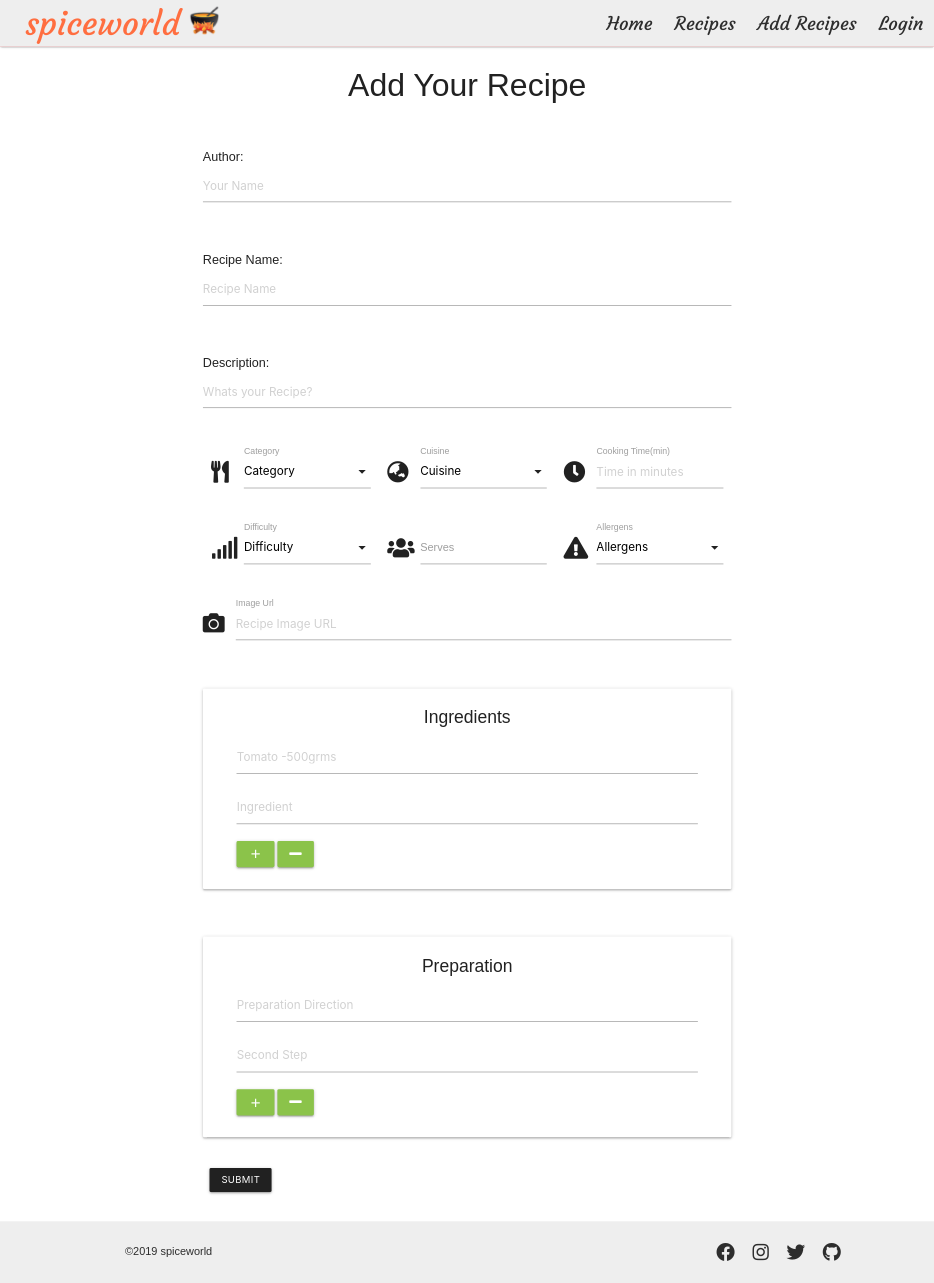
Repository: stephyraju/spiceworld
Page: http://localhost/add_recipe
The author's editor kept a record of every edit. The page is drawn from the files as they stood at one moment, then again after the next edit.
The browser window is 1280 px wide. The pictures show the whole page, at 73% of full size.
Some web libraries are served in a nearby version. The page is served by the project's application, run on Flask 3 (app.py). Queries for data that is not in the repository find no rows.

Above is the page before.

After the next edit:
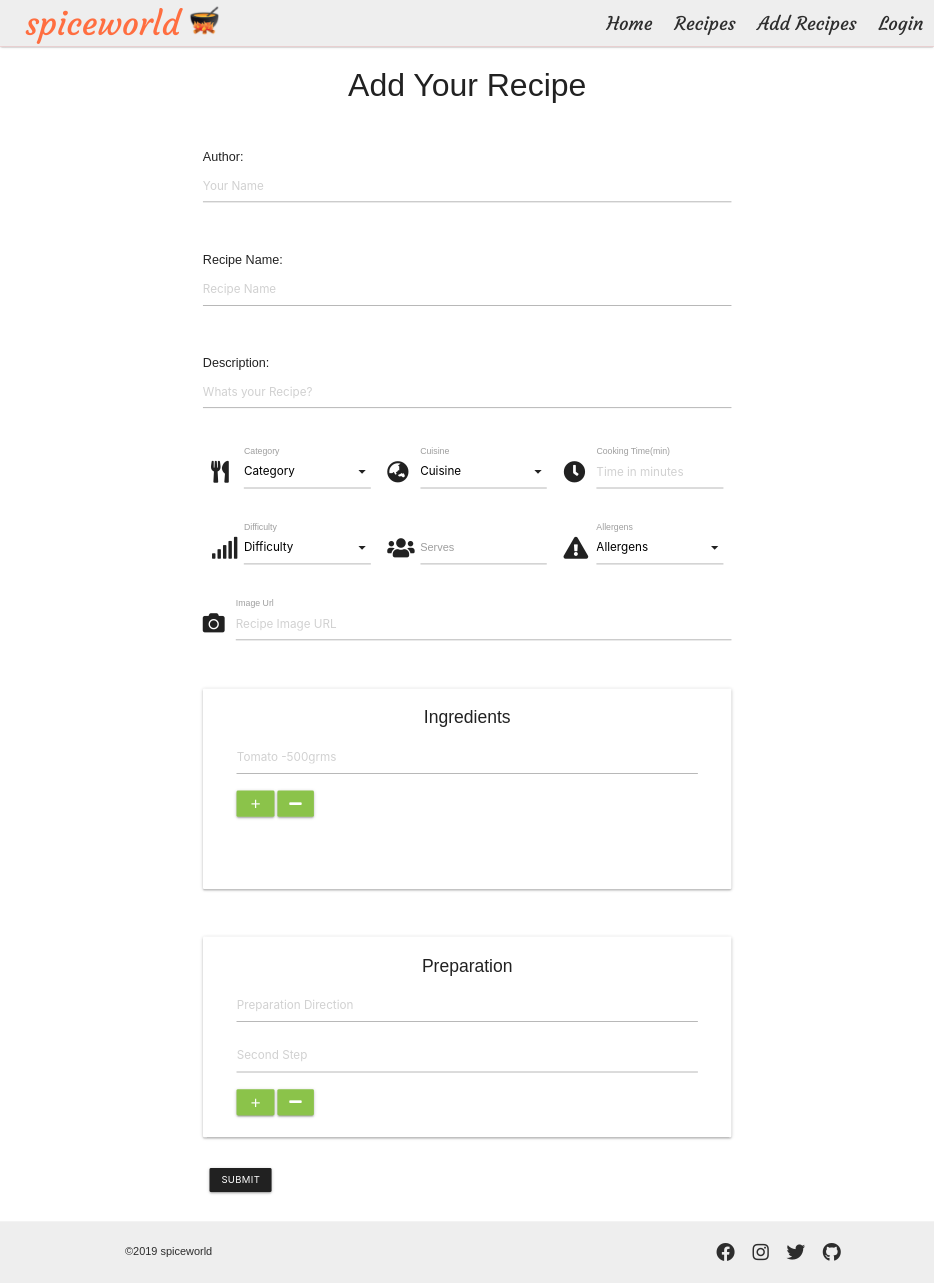
The edit:
--- a/templates/addrecipe.html
+++ b/templates/addrecipe.html
@@ -128,12 +128,7 @@
                                     name="ingredients[]" class="ingredients validate" minlength="1" maxlength="10" required>
                                 </div>
                             </div>
-                            <div class="new-ingredient">
-                                <div class="input-field whites-4">
-                                    <input id="ingredient-new" type="text" class="ingredient validate" placeholder="Ingredient"
-                                    name="ingredients[]" minlength="1" maxlength="10" required>
-                                </div>
-                            </div>
+
                             <!-- add button -->
                             <a id="add_ingredient" class="btn waves-effect waves-light light-green"><i class="material-icons">add</i></a>
                             <a id="remove_ingredient" class="btn waves-effect waves-light light-green"><i class="fas fa-minus"></i></a>
